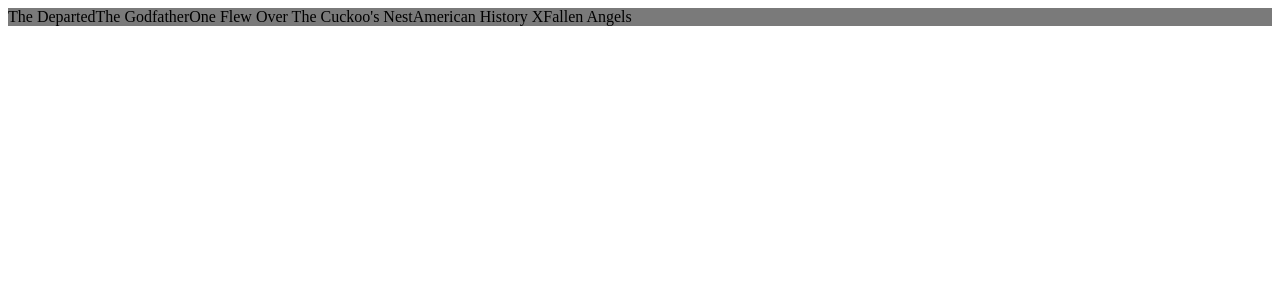
Repository: nishit47/merofilmrecs
Page: web_dev/tiles.html
These files come from the project's save history. The page is drawn as it stood at one moment and after the next save; the edit follows.
The browser window is 1280 px wide. The pictures show the whole page.

Above is the page before, as saved 2021-10-06 15:03:13.

After the next save:
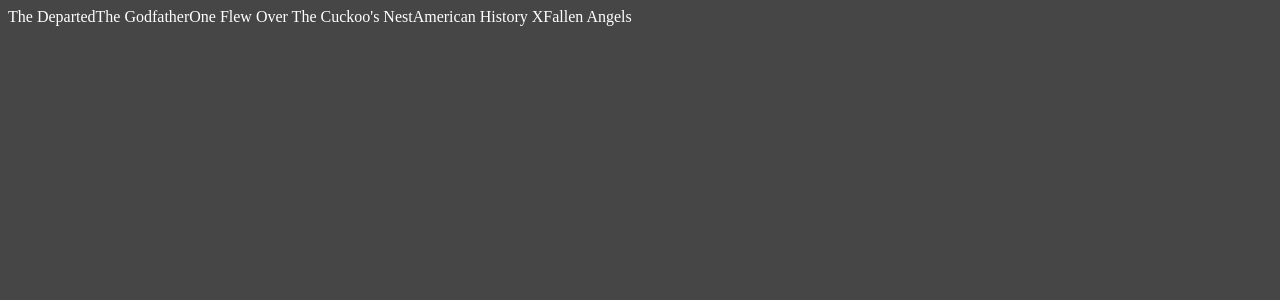
Saved 8 s later.
--- a/web_dev/tiles.html
+++ b/web_dev/tiles.html
@@ -6,14 +6,15 @@
     <meta name="viewport" content="width=device-width, initial-scale=1.0">
     <title>tiles</title>
 </head>
-
+<link rel="stylesheet" href="styling.css">
 <style>
     .movietiles{
-        background-color: rgb(122, 122, 122);
+        color: white;
         display: flex;
     }
     #movieitem{
-
+        width: 500px;
+        background-color: teal;
     }
 </style>
 <body>
